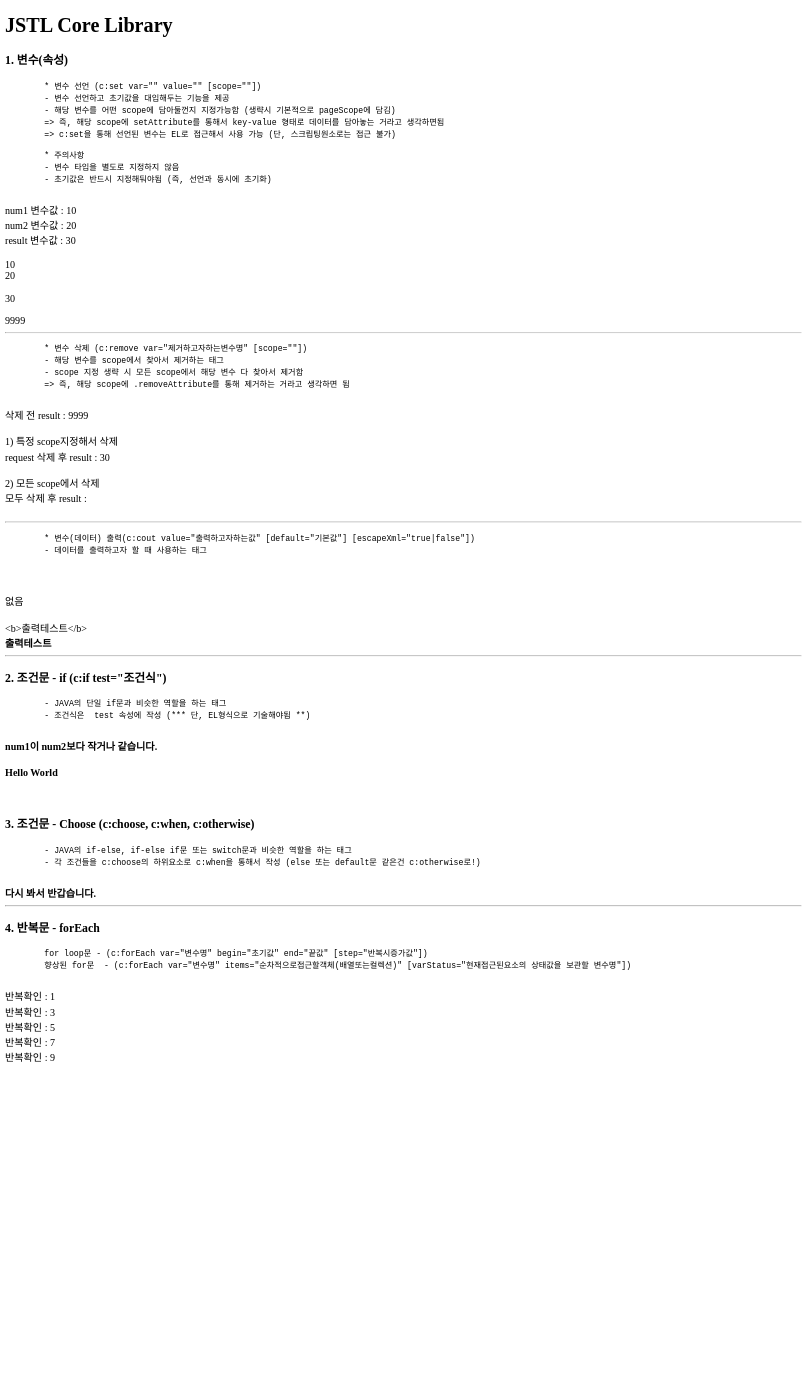
Repository: Young-27/DailyStudy
Page: http://localhost/actionProject/views/3_customAction/01_core.jsp
An editor plug-in stored every save of this project. The page is shown before and after the next save, followed by the edit.
The browser window is 1280 px wide. The pictures show the whole page, at 63% of full size.
The page is served by Tomcat 9. Other server files are loaded and not shown.

Above is the page before, as saved 2021-06-17 10:18:59.

### Server/web-workspace2/actionProject/WebContent/views/3_customAction/01_core.jsp
<%@ page language="java" contentType="text/html; charset=UTF-8"
    pageEncoding="UTF-8"%>
<%@ taglib prefix="c" uri="http://java.sun.com/jsp/jstl/core" %>
<!DOCTYPE html>
<html>
<head>
<meta charset="UTF-8">
<title>Insert title here</title>
</head>
<body>

	<h1>JSTL Core Library</h1>

	<h3>1. 변수(속성)</h3>
	<pre>
	* 변수 선언 (c:set var="" value="" [scope=""])
	- 변수 선언하고 초기값을 대입해두는 기능을 제공
	- 해당 변수를 어떤 scope에 담아둘껀지 지정가능함 (생략시 기본적으로 pageScope에 담김)
	=> 즉, 해당 scope에 setAttribute를 통해서 key-value 형태로 데이터를 담아놓는 거라고 생각하면됨
	=> c:set을 통해 선언된 변수는 EL로 접근해서 사용 가능 (단, 스크립팅원소로는 접근 불가)

	* 주의사항
	- 변수 타입을 별도로 지정하지 않음
	- 초기값은 반드시 지정해둬야됨 (즉, 선언과 동시에 초기화)
	</pre>

	<c:set var="num1" value="10"/> <!-- page Scope에 담김 -->
	<c:set var="num2" value="20" scope="request"/>
	<%-- => request.setAttribute("num2", "20"); 와 같음 --%>

	num1 변수값 : ${ num1 } <br>
	num2 변수값 : ${ num2 } <br>

	<c:set var="result" value="${ num1 + num2 }" scope="session"/>

	result 변수값 : ${ result } <br><br>
	<%-- scope를 지정해주면 속도가 더 빨라짐 --%>

	${ pageScope.num1 } <br>
	${ requestScope.num2 } <br>
	${ requestScope.result } <br> <%-- request Scope에 존재X => null(X), 빈칸(O) --%>
	${ sessionScope.result } <br><br>

	<c:set var="result" scope="request">
		9999 <%-- value값 ! --%>
	</c:set>

	${ requestScope.result } <br>

	<hr>

	<pre>
	* 변수 삭제 (c:remove var="제거하고자하는변수명" [scope=""])
	- 해당 변수를 scope에서 찾아서 제거하는 태그
	- scope 지정 생략 시 모든 scope에서 해당 변수 다 찾아서 제거함
	=> 즉, 해당 scope에 .removeAttribute를 통해 제거하는 거라고 생각하면 됨
	</pre>

	삭제 전 result : ${ result } <br><br>

	1) 특정 scope지정해서 삭제 <br>
	<c:remove var="result" scope="request"/>
	request 삭제 후 result : ${ result } <br><br>

	2) 모든 scope에서 삭제 <br>
	<c:remove var="result"/>
	모두 삭제 후 result : ${ result } <br><br>

	<hr>

	<pre>
	* 변수(데이터) 출력(c:cout value="출력하고자하는값" [default="기본값"] [escapeXml="true|false"])
	- 데이터를 출력하고자 할 때 사용하는 태그
	<%-- 출력하고자 하는 값이 존재하지 않을 경우 default="기본값"출력 --%>
	</pre>

	<c:out value="${ result }"/> <br>
	<c:out value="${ result }" default="없음"/> <br><br>
	<%-- 사용 예시 : 1:1문의에서 답변이 달리지 않았을 경우 default문구 출력하도록 !! --%>

	<c:set var="outTest" value="<b>출력테스트</b>"/>
	<c:out value="${ outTest }"/><br> <!-- escapeXml 생략 시 기본값이 true == 태그 해석안됨 (문자열로 취급) -->
	<c:out value="${ outTest }" escapeXml="false"/> <br>

	<hr>

	<h3>2. 조건문 - if (c:if test="조건식")</h3>
	<pre>
	- JAVA의 단일 if문과 비슷한 역할을 하는 태그
	- 조건식은  test 속성에 작성 (*** 단, EL형식으로 기술해야됨 **)
	</pre>

	<%--
	<% if(num1 > num2) { %>


	<% } %>
	 --%>

	 <c:if test="${ num1 > num2 }"> <!-- > 혹은 gt -->
	 	<b>num1이 num2보다 큽니다.</b>
	 </c:if>

	 <c:if test="${ num1 <= num2 }"> <!-- <= 혹은 le -->
	 	<b>num1이 num2보다 작거나 같습니다.</b>
	 </c:if>

	 <br>

	 <c:set var="str" value="안녕하세요"/>

	 <!-- 기존 방식 -->
	 <%--
	 <% if(str.equals("안녕하세요")){%>

	 <% } %>
	 --%>

	 <c:if test="${ str eq '안녕하세요' }">
	 	<h4>Hello World</h4>
	 </c:if>

	 <c:if test="${ str ne '안녕하세요' }">
	 	<h4>Bye World</h4>
	 </c:if>

	<br>

	<h3>3. 조건문 - Choose (c:choose, c:when, c:otherwise)</h3>
	<pre>
	- JAVA의 if-else, if-else if문 또는 switch문과 비슷한 역할을 하는 태그
	- 각 조건들을 c:choose의 하위요소로 c:when을 통해서 작성 (else 또는 default문 같은건 c:otherwise로!)
	</pre>

	<%-- 기존방식
	<% if(num1 == 20) { %>

	<% }else if(num1 == 10){ %>

	<% }else{ %>

	<% } %>
	--%>

	<c:choose>
		<c:when test="${ num1 eq 20 }">
			<b>처음 뵙겠습니다.</b>
		</c:when>
		<c:when test="${ num1 eq 10 }">
			<b>다시 봐서 반갑습니다.</b>
		</c:when>
		<c:otherwise>
			<b>안녕하세요</b>
		</c:otherwise>
	</c:choose>
	<!-- *주의 : choose 구역 안에 다른 텍스트 작성하면 오류남!! 주석 써도 오류남!! -->

	<hr>

	<h3>4. 반복문 - forEach</h3>
	<pre>
	for loop문 - (c:forEach var="변수명" begin="초기값" end="끝값" [step="반복시증가값"])
	향상된 for문  - (c:forEach var="변수명" items="순차적으로접근할객체(배열또는컬렉션)" [varStatus="현재접근된요소의 상태값을 보관할 변수명"])
	</pre>

	<%-- 기존방식
	<% for(int i=1; i<=10; i++){%>

	<%} %>
	 --%>
	 <c:forEach var="i" begin="1" end="10" step="2">
	 	반복확인 : ${ i } <br>
	 </c:forEach>






	<br><br><br><br><br><br><br><br><br><br><br><br><br><br><br><br><br><br><br><br><br><br><br><br><br><br><br><br>




</body>
</html>

After the next save:
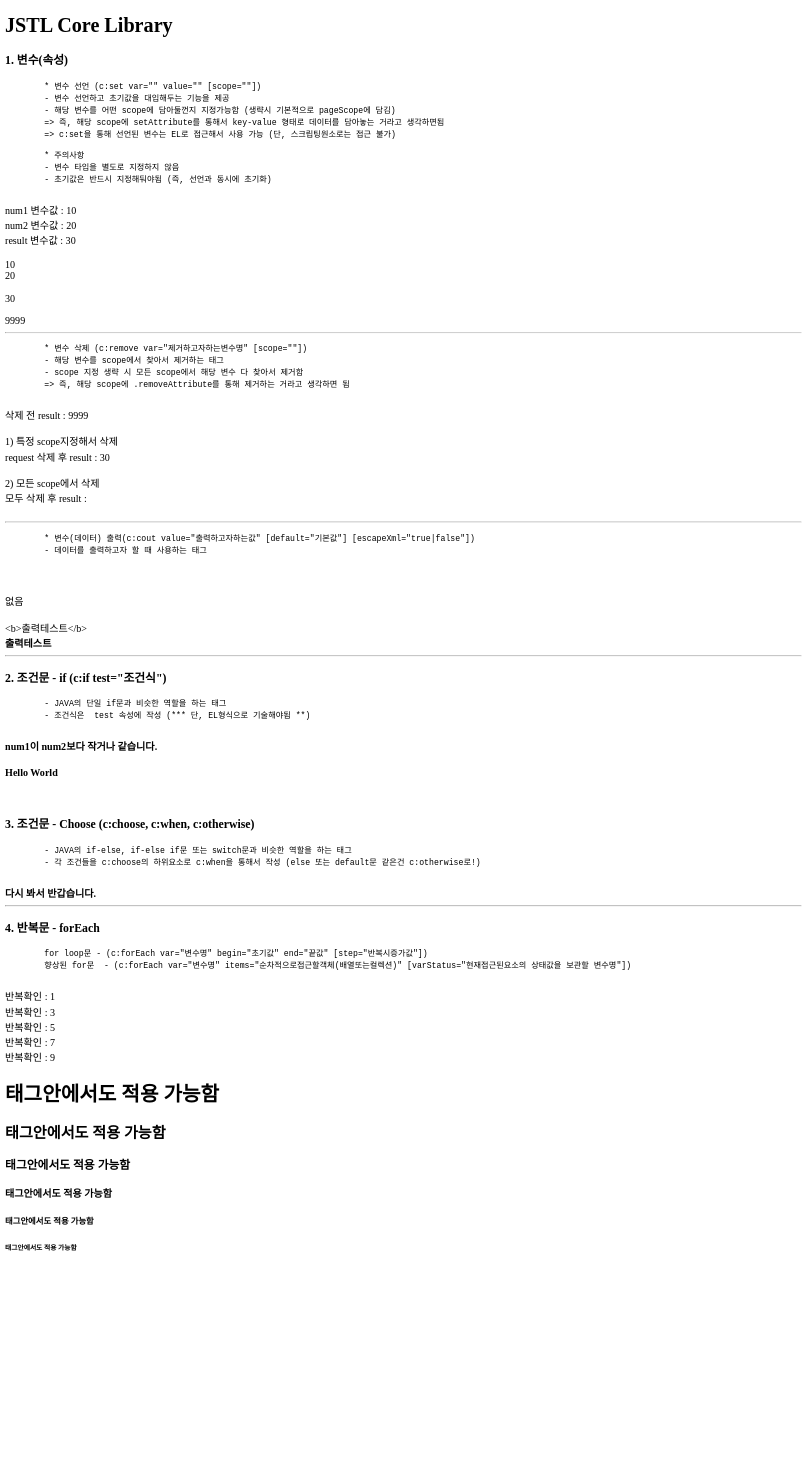
Saved 3 min 15 s later.
--- a/Server/web-workspace2/actionProject/WebContent/views/3_customAction/01_core.jsp
+++ b/Server/web-workspace2/actionProject/WebContent/views/3_customAction/01_core.jsp
@@ -168,10 +168,13 @@
 
 	<%} %>
 	 --%>
-	 <c:forEach var="i" begin="1" end="10" step="2">
-	 	반복확인 : ${ i } <br>
-	 </c:forEach>
+	<c:forEach var="i" begin="1" end="10" step="2">
+		반복확인 : ${ i } <br>
+	</c:forEach>
 
+	<c:forEach var="i" begin="1" end="6">
+		<h${i}>태그안에서도 적용 가능함</h{i}>
+	</c:forEach>
 
 
 
